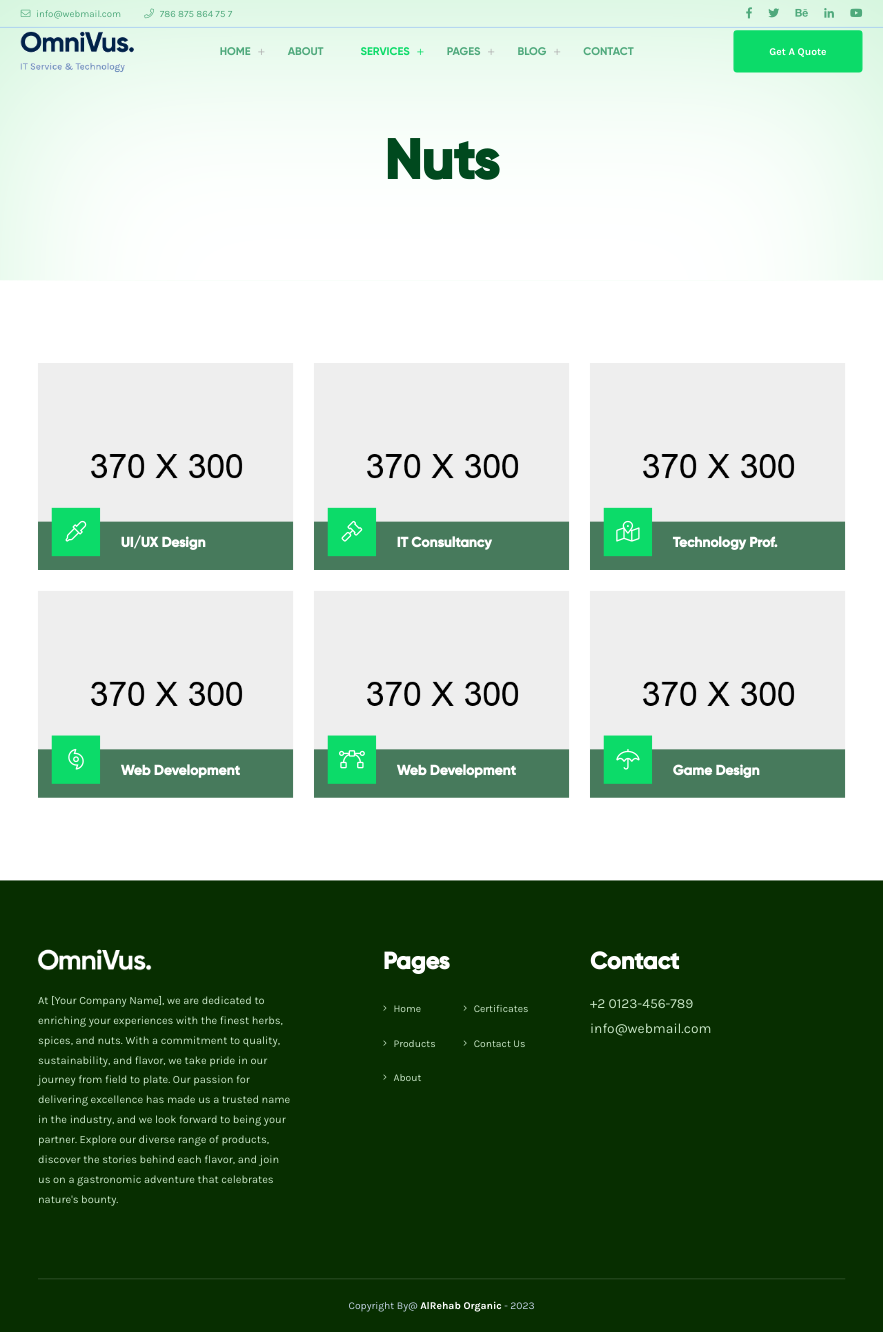
Repository: ziadmoh/alrehab-organic
Page: products.html
The author's editor kept a copy of each file at every save. The page is drawn from the files as they stood at one save, then again after the next save.
The browser window is 1280 px wide. The pictures show the whole page, at 69% of full size.
The style sheet was rebuilt from its Sass, Less or Tailwind sources for each picture, by a compiler version that may differ from the author's.

Above is the page before, as saved 2023-09-26 11:57:36.

### products.html
<!DOCTYPE html>
<html lang="zxx">

<head>
    <!--====== Required meta tags ======-->
    <meta charset="utf-8" />
    <meta http-equiv="x-ua-compatible" content="ie=edge" />
    <meta name="description" content="" />
    <meta name="viewport" content="width=device-width, initial-scale=1, shrink-to-fit=no" />

    <!--====== Title ======-->
    <title> Herbs and Spices Exporter | AlRehab Organic </title>
    <!--====== Favicon Icon ======-->
    <link rel="shortcut icon" href="assets/img/favicon.ico" type="img/png" />
    <!--====== Bootstrap css ======-->
    <link rel="stylesheet" href="assets/css/bootstrap.min.css" />
    <!--====== Slick Slider ======-->
    <link rel="stylesheet" href="assets/css/slick.css" />
    <!--====== Magnific ======-->
    <link rel="stylesheet" href="assets/css/magnific-popup.css" />
    <!--====== Animate CSS ======-->
    <link rel="stylesheet" href="assets/css/animate.min.css" />
    <!--====== Font Awesome ======-->
    <link rel="stylesheet" href="assets/css/font-awesome.min.css" />
    <!--====== Main Css ======-->
    <link rel="stylesheet" href="assets/css/style.css" />
</head>

<body>
    <!--====== Preloader Start ======-->
    <div id="preloader">
        <div class="loader-cubes">
            <div class="loader-cube1 loader-cube"></div>
            <div class="loader-cube2 loader-cube"></div>
            <div class="loader-cube4 loader-cube"></div>
            <div class="loader-cube3 loader-cube"></div>
        </div>
    </div>
    <!--====== Preloader End ======-->

    <!--====== Header Part Start ======-->
    <header class="header-two header-full-width sticky-header">
        <div class="header-topbar d-none d-sm-block">
            <div class="container-fluid">
                <div class="row align-items-center justify-content-between">
                    <div class="col-sm-auto col-12">
                        <ul class="contact-info text-center">
                            <li><a href="#"><i class="fal fa-envelope"></i> info@webmail.com</a></li>
                            <li><a href="#"><i class="fal fa-phone"></i> 786 875 864 75 7</a></li>
                        </ul>
                    </div>
                    <div class="col-sm-auto col-12">
                        <div class="social-icon text-center">
                            <ul>
                                <li><a href="#"><i class="fab fa-facebook-f"></i></a></li>
                                <li><a href="#"><i class="fab fa-twitter"></i></a></li>
                                <li><a href="#"><i class="fab fa-behance"></i></a></li>
                                <li><a href="#"><i class="fab fa-linkedin-in"></i></a></li>
                                <li><a href="#"><i class="fab fa-youtube"></i></a></li>
                            </ul>
                        </div>
                    </div>
                </div>
            </div>
        </div>
        <div class="header-navigation">
            <div class="container-fluid d-flex align-items-center justify-content-between">
                <div class="header-left">
                    <div class="site-logo">
                        <a href="index.html"><img src="assets/img/logo-2.png" alt="Omnivus"></a>
                    </div>
                </div>
                <div class="site-nav-menu">
                    <ul class="primary-menu">
                        <li>
                            <a href="index.html">Home</a>
                             <ul class="submenu">
                                <li><a href="index.html">Home 1</a></li>
                                <li><a href="index-2.html">Home 2</a></li>
                                <li><a href="index-3.html">Home 3</a></li>
                                <li><a href="index-4.html">Home 4</a></li>
                                <li><a href="index-5.html">Home 5</a></li>
                                <li><a href="index-6.html">Home 6</a></li>
                                <li>
                                    <a href="#">OnePage</a>
                                    <ul class="submenu">
                                        <li><a href="index-onepage.html">Home 1</a></li>
                                        <li><a href="index-2-onepage.html">Home 2</a></li>
                                        <li><a href="index-3-onepage.html">Home 3</a></li>
                                        <li><a href="index-4-onepage.html">Home 4</a></li>
                                        <li><a href="index-5-onepage.html">Home 5</a></li>
                                        <li><a href="index-6-onepage.html">Home 6</a></li>
                                    </ul>
                                </li>
                            </ul>
                        </li>
                        <li>
                            <a class="nav-link" href="about.html">About</a>
                        </li>
                        <li class="current">
                            <a href="#">Services</a>
                            <ul class="submenu">
                                <li><a href="services.html">Services</a></li>
                                <li><a href="services-details.html">Services Details</a></li>
                            </ul>
                        </li>
                        <li>
                            <a href="#">Pages</a>
                            <ul class="submenu">
                                <li><a href="case-study.html">case study</a></li>
                                <li><a href="case-details.html">Case Details</a></li>
                                <li><a href="coming-soon.html">coming soon</a></li>
                                <li><a href="error.html">error</a></li>
                                <li><a href="faq.html">faq</a></li>
                                <li><a href="pricing.html">pricing</a></li>
                                <li><a href="shop.html">shop</a></li>
                                <li><a href="shop-details.html">shop Details</a></li>
                                <li><a href="cart.html">Cart</a></li>
                                <li><a href="checkout.html">Checkout</a></li>
                                <li><a href="privacy.html">Privacy</a></li>
                                <li><a href="team.html">team</a></li>
                                <li><a href="team-details.html">team details</a></li>
                            </ul>
                        </li>
                        <li>
                            <a href="#">Blog</a>
                            <ul class="submenu">
                                <li><a href="blog-standard.html">Blog Standard</a></li>
                                <li><a href="blog-grid.html">Blog Grid</a></li>
                                <li><a href="blog-details.html">Blog Details</a></li>
                            </ul>
                        </li>
                        <li>
                            <a href="contact.html">Contact</a>
                        </li>
                    </ul>
                    <a href="#" class="nav-close"><i class="fal fa-times"></i></a>
                </div>
                <div class="header-extra d-flex align-items-center">
                    <div class="nav-toggler">
                        <span></span><span></span><span></span>
                    </div>
                    <div class="navbar-btn">
                        <a href="#">Get A Quote</a>
                    </div>
                </div>
            </div>
        </div>
    </header>
    <!--====== Header Part End ======-->

    <!--====== Page Title start ======-->
    <section class="page-title-area">
        <div class="container">
            <h2 class="title">Nuts</h2>
        </div>
    </section>
    <!--====== Page Title End ======-->

    <!--====== Service Section Start ======-->
    <section class="service-section-two section-gap-top pb-90">
        <div class="container">
            <div class="row service-items justify-content-center">
                <div class="col-lg-4 col-md-6 col-sm-8">
                    <div class="service-item-eight mb-30">
                        <div class="service-img">
                            <img src="assets/img/service-img/07.jpg" alt="Image">
                        </div>
                        <div class="services-overlay">
                            <div class="icon"><i class="fal fa-eye-dropper"></i></div>
                            <h4 class="title"><a href="#">UI/UX Design</a></h4>
                            <p>The functional goal of technical content is to help people use a product successfully. The business goal must tie the content.</p>
                        </div>
                    </div>
                </div>
                <div class="col-lg-4 col-md-6 col-sm-8">
                    <div class="service-item-eight mb-30">
                        <div class="service-img">
                            <img src="assets/img/service-img/08.jpg" alt="Image">
                        </div>
                        <div class="services-overlay">
                            <div class="icon"><i class="fal fa-gavel"></i></div>
                            <h4 class="title"><a href="#">IT Consultancy</a></h4>
                            <p>The functional goal of technical content is to help people use a product successfully. The business goal must tie the content.</p>
                        </div>
                    </div>
                </div>
                <div class="col-lg-4 col-md-6 col-sm-8">
                    <div class="service-item-eight mb-30">
                        <div class="service-img">
                            <img src="assets/img/service-img/09.jpg" alt="Image">
                        </div>
                        <div class="services-overlay">
                            <div class="icon"><i class="fal fa-map-marked-alt"></i></div>
                            <h4 class="title"><a href="#">Technology Prof.</a></h4>
                            <p>The functional goal of technical content is to help people use a product successfully. The business goal must tie the content.</p>
                        </div>
                    </div>
                </div>
                <div class="col-lg-4 col-md-6 col-sm-8">
                    <div class="service-item-eight mb-30">
                        <div class="service-img">
                            <img src="assets/img/service-img/10.jpg" alt="Image">
                        </div>
                        <div class="services-overlay">
                            <div class="icon"><i class="fal fa-hurricane"></i></div>
                            <h4 class="title"><a href="#">Web Development</a></h4>
                            <p>The functional goal of technical content is to help people use a product successfully. The business goal must tie the content.</p>
                        </div>
                    </div>
                </div>
                <div class="col-lg-4 col-md-6 col-sm-8">
                    <div class="service-item-eight mb-30">
                        <div class="service-img">
                            <img src="assets/img/service-img/11.jpg" alt="Image">
                        </div>
                        <div class="services-overlay">
                            <div class="icon"><i class="fal fa-bezier-curve"></i></div>
                            <h4 class="title"><a href="#">Web Development</a></h4>
                            <p>The functional goal of technical content is to help people use a product successfully. The business goal must tie the content.</p>
                        </div>
                    </div>
                </div>
                <div class="col-lg-4 col-md-6 col-sm-8">
                    <div class="service-item-eight mb-30">
                        <div class="service-img">
                            <img src="assets/img/service-img/12.jpg" alt="Image">
                        </div>
                        <div class="services-overlay">
                            <div class="icon"><i class="fal fa-umbrella"></i></div>
                            <h4 class="title"><a href="#">Game Design</a></h4>
                            <p>The functional goal of technical content is to help people use a product successfully. The business goal must tie the content.</p>
                        </div>
                    </div>
                </div>
            </div>
        </div>
    </section>
    <!--====== Service Section End ======-->


    <!--====== Back to top start ======-->
    <div class="back-to-top">
        <a href="#"> <i class="fas fa-arrow-up"></i> </a>
    </div>
    <!--====== Back to top start ======-->

    <!--====== Footer PART START ======-->
    <footer class="footer-area">
        <div class="container">
            <div class="row footer-widgets">
                <div class="col-lg-4 col-md-6 col-md-7">
                    <div class="widget about-widget">
                        <div class="logo">
                            <img src="assets/img/logo-1.1.png" alt="">
                        </div>
                        <p>At [Your Company Name], we are dedicated to enriching your experiences with the finest herbs, spices, and nuts. With a commitment to quality, sustainability, and flavor, we take pride in our journey from field to plate. Our passion for delivering excellence has made us a trusted name in the industry, and we look forward to being your partner. Explore our diverse range of products, discover the stories behind each flavor, and join us on a gastronomic adventure that celebrates nature's bounty.</p>

                    </div>
                </div>
                <div class="col-lg-3 col-md-6 offset-xl-1">
                    <div class="widget nav-widget">
                        <h4 class="widget-title">Pages</h4>
                        <div class="footer-list">
                            <ul>
                                <li><a href="index.html"><i class="fal fa-angle-right"></i> Home</a></li>
                                <li><a href="products.html"><i class="fal fa-angle-right"></i> Products</a></li>
                                <li><a href="about.html"><i class="fal fa-angle-right"></i> About</a></li>

                            </ul>
                            <ul>
                                <li><a href="certificates.html"><i class="fal fa-angle-right"></i> Certificates</a></li>
                                <li><a href="contact.html"><i class="fal fa-angle-right"></i> Contact Us</a></li>

                            </ul>
                        </div>
                    </div>
                </div>
                <div class="col-lg-4 col-md-6 col-md-6">
                    <div class="widget contact-widget">
                        <h4 class="widget-title">Contact</h4>
                        <ul>

                            <li>+2 0123-456-789</li>
                            <li>info@webmail.com</li>
                        </ul>
                    </div>
                </div>
            </div>
            <div class="footer-copyright">
                <p>Copyright By@ <a href="#">AlRehab Organic</a> - 2023</p>
            </div>
        </div>
    </footer>
    <!--====== Footer PART ENDS ======-->

    <!--====== Jquery ======-->
    <script src="assets/js/jquery-1.12.4.min.js"></script>
    <!--====== Bootstrap ======-->
    <script src="assets/js/bootstrap.bundle.min.js"></script>
    <!--====== Slick slider ======-->
    <script src="assets/js/slick.min.js"></script>
    <!--====== Magnific ======-->
    <script src="assets/js/jquery.magnific-popup.min.js"></script>
    <!--====== Isotope ======-->
    <script src="assets/js/isotope.pkgd.min.js"></script>
    <!--====== Imagesloaded ======-->
    <script src="assets/js/imagesloaded.pkgd.min.js"></script>
    <!--====== Inview ======-->
    <script src="assets/js/jquery.inview.min.js"></script>
    <!--====== Easy Pie Chart ======-->
    <script src="assets/js/jquery.easypiechart.min.js"></script>
    <!--====== Syotimer ======-->
    <script src="assets/js/jquery.syotimer.min.js"></script>
    <!--====== Wow ======-->
    <script src="assets/js/wow.min.js"></script>
    <!--====== Main JS ======-->
    <script src="assets/js/main.js"></script>
</body>

</html>

### assets/scss/_brand.scss
/*=======  Brand Slider  =======*/
.brand-slider {
    .brand-item {
        text-align: center;

        a {
            opacity: 0.2;

            &:hover {
                opacity: 1;
            }
        }

        &.full-opacity a{
            opacity: 1;
        }
    }

    .slick-track {
        display: flex;
        align-items: center;
    }
}

### assets/scss/_privacy.scss
/*=======  Privacy  =======*/
.privacy-area {
    .content-box {
        padding-bottom: 25px;
        border-bottom: 1px solid $border-color;
        color: $text-color-2;

        &:last-child {
            border-bottom: none;
        }

        h2 {
            margin-bottom: 20px;
        }

        h4 {
            max-width: 80%;
            margin-bottom: 15px;
        }

        p {
            margin-bottom: 20px;
        }

        ul.list {
            margin-top: 15px;

            li {
                position: relative;
                padding-left: 20px;
                padding-bottom: 15px;
                line-height: 20px;

                &:before {
                    position: absolute;
                    top: 5px;
                    left: 0;
                    width: 10px;
                    height: 10px;
                    border-radius: 10px;
                    background: $secondary-color;
                    content: "";
                }
            }
        }
    }
}

Loaded but not shown: assets/css/bootstrap.min.css (library); assets/css/slick.css (common file); assets/css/magnific-popup.css (library); assets/css/animate.min.css (library); assets/css/font-awesome.min.css (library); assets/js/jquery-1.12.4.min.js (library); assets/js/bootstrap.bundle.min.js (library); assets/js/slick.min.js (library); assets/js/jquery.magnific-popup.min.js (library); assets/js/isotope.pkgd.min.js (library); assets/js/imagesloaded.pkgd.min.js (library); assets/js/jquery.inview.min.js (common file); assets/js/jquery.easypiechart.min.js (library); assets/js/jquery.syotimer.min.js (library); assets/js/wow.min.js (library); assets/js/main.js (629 lines, source omitted); assets/scss/_blog.scss (1050 lines, source omitted); assets/scss/_header.scss (781 lines, source omitted); assets/scss/_service.scss (849 lines, source omitted); assets/scss/_banner.scss (727 lines, source omitted); assets/scss/_common.scss (1101 lines, source omitted); assets/scss/_shop.scss (765 lines, source omitted); assets/scss/_portfolio.scss (552 lines, source omitted); assets/scss/_team.scss (422 lines, source omitted); assets/scss/_accordion.scss (320 lines, source omitted); assets/scss/_feature.scss (328 lines, source omitted); assets/scss/_intro-video.scss (289 lines, source omitted); assets/scss/_counter.scss (327 lines, source omitted); assets/scss/_latest-news.scss (316 lines, source omitted); assets/scss/_cta.scss (275 lines, source omitted); assets/scss/_contact.scss (280 lines, source omitted); assets/scss/_about.scss (261 lines, source omitted); assets/scss/_footer.scss (239 lines, source omitted); assets/scss/_history.scss (164 lines, source omitted); assets/scss/_coming-soon.scss (136 lines, source omitted); assets/scss/_testimonial.scss (143 lines, source omitted); assets/scss/_variables.scss (120 lines, source omitted); assets/scss/_pricing.scss (147 lines, source omitted); assets/scss/_why-choose.scss (109 lines, source omitted); assets/scss/_tile-gallery.scss (119 lines, source omitted); assets/scss/style.scss (65 lines, source omitted); assets/scss/_page-title.scss (68 lines, source omitted)

After the next save:
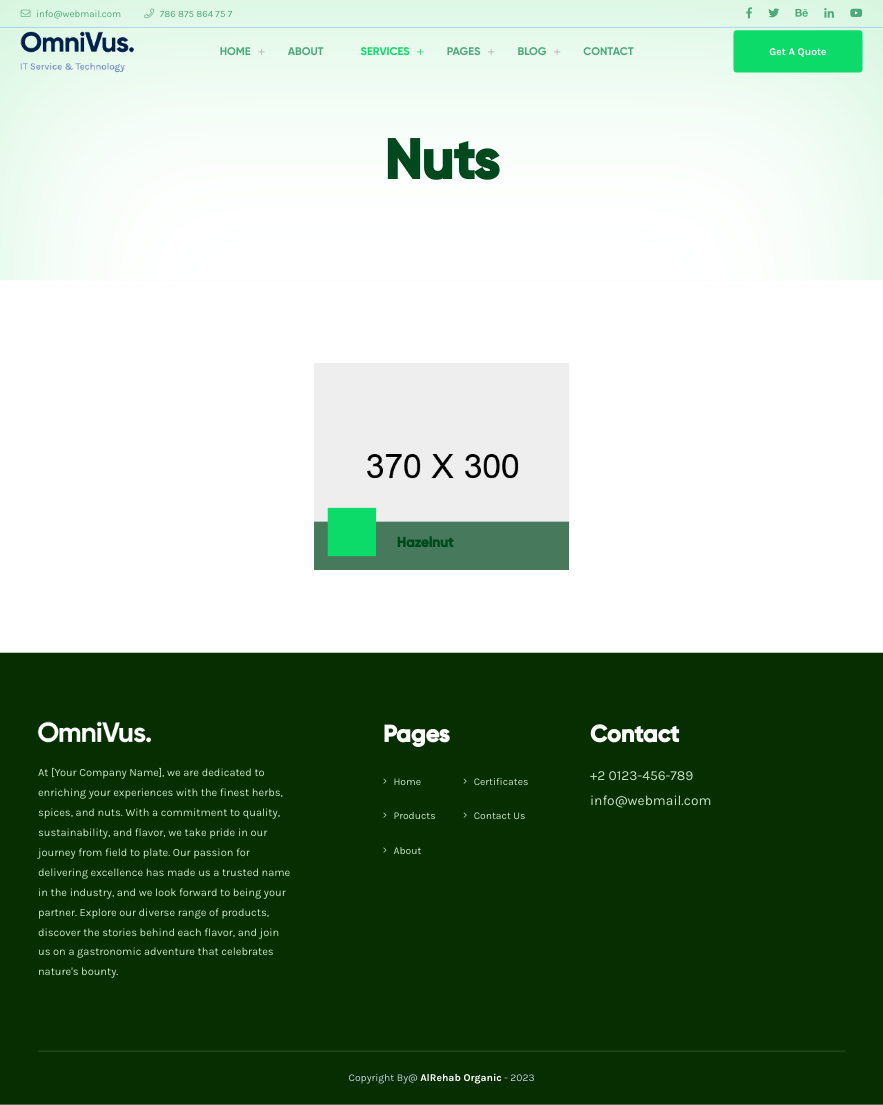
Saved 5 min 49 s later.
--- a/products.html
+++ b/products.html
@@ -167,72 +167,13 @@
                             <img src="assets/img/service-img/07.jpg" alt="Image">
                         </div>
                         <div class="services-overlay">
-                            <div class="icon"><i class="fal fa-eye-dropper"></i></div>
-                            <h4 class="title"><a href="#">UI/UX Design</a></h4>
+                            <div class="icon"><i class="fa-solid fa-leaf"></i></div>
+                            <h4 class="title">Hazelnut</h4>
                             <p>The functional goal of technical content is to help people use a product successfully. The business goal must tie the content.</p>
                         </div>
                     </div>
                 </div>
-                <div class="col-lg-4 col-md-6 col-sm-8">
-                    <div class="service-item-eight mb-30">
-                        <div class="service-img">
-                            <img src="assets/img/service-img/08.jpg" alt="Image">
-                        </div>
-                        <div class="services-overlay">
-                            <div class="icon"><i class="fal fa-gavel"></i></div>
-                            <h4 class="title"><a href="#">IT Consultancy</a></h4>
-                            <p>The functional goal of technical content is to help people use a product successfully. The business goal must tie the content.</p>
-                        </div>
-                    </div>
-                </div>
-                <div class="col-lg-4 col-md-6 col-sm-8">
-                    <div class="service-item-eight mb-30">
-                        <div class="service-img">
-                            <img src="assets/img/service-img/09.jpg" alt="Image">
-                        </div>
-                        <div class="services-overlay">
-                            <div class="icon"><i class="fal fa-map-marked-alt"></i></div>
-                            <h4 class="title"><a href="#">Technology Prof.</a></h4>
-                            <p>The functional goal of technical content is to help people use a product successfully. The business goal must tie the content.</p>
-                        </div>
-                    </div>
-                </div>
-                <div class="col-lg-4 col-md-6 col-sm-8">
-                    <div class="service-item-eight mb-30">
-                        <div class="service-img">
-                            <img src="assets/img/service-img/10.jpg" alt="Image">
-                        </div>
-                        <div class="services-overlay">
-                            <div class="icon"><i class="fal fa-hurricane"></i></div>
-                            <h4 class="title"><a href="#">Web Development</a></h4>
-                            <p>The functional goal of technical content is to help people use a product successfully. The business goal must tie the content.</p>
-                        </div>
-                    </div>
-                </div>
-                <div class="col-lg-4 col-md-6 col-sm-8">
-                    <div class="service-item-eight mb-30">
-                        <div class="service-img">
-                            <img src="assets/img/service-img/11.jpg" alt="Image">
-                        </div>
-                        <div class="services-overlay">
-                            <div class="icon"><i class="fal fa-bezier-curve"></i></div>
-                            <h4 class="title"><a href="#">Web Development</a></h4>
-                            <p>The functional goal of technical content is to help people use a product successfully. The business goal must tie the content.</p>
-                        </div>
-                    </div>
-                </div>
-                <div class="col-lg-4 col-md-6 col-sm-8">
-                    <div class="service-item-eight mb-30">
-                        <div class="service-img">
-                            <img src="assets/img/service-img/12.jpg" alt="Image">
-                        </div>
-                        <div class="services-overlay">
-                            <div class="icon"><i class="fal fa-umbrella"></i></div>
-                            <h4 class="title"><a href="#">Game Design</a></h4>
-                            <p>The functional goal of technical content is to help people use a product successfully. The business goal must tie the content.</p>
-                        </div>
-                    </div>
-                </div>
+
             </div>
         </div>
     </section>
